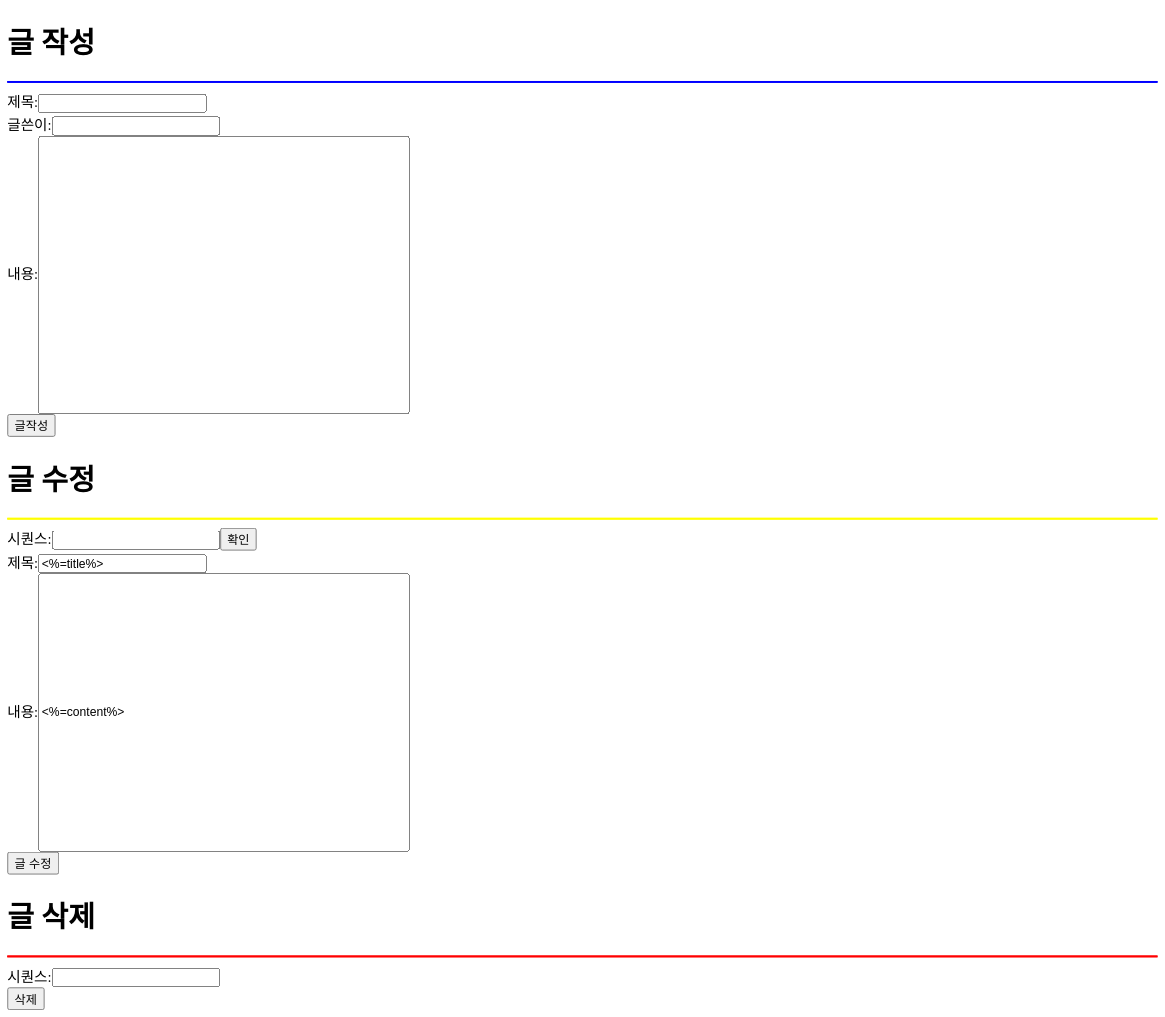
Repository: Yusubin/workEx
Page: test00/src/main/webapp/index.html
The author's editor kept a copy of each file at every save. The page is drawn from the files as they stood at one save, then again after the next save.
The browser window is 1280 px wide. The pictures show the whole page, at 91% of full size.

Above is the page before, as saved 2022-02-15 01:55:19.

After the next save:
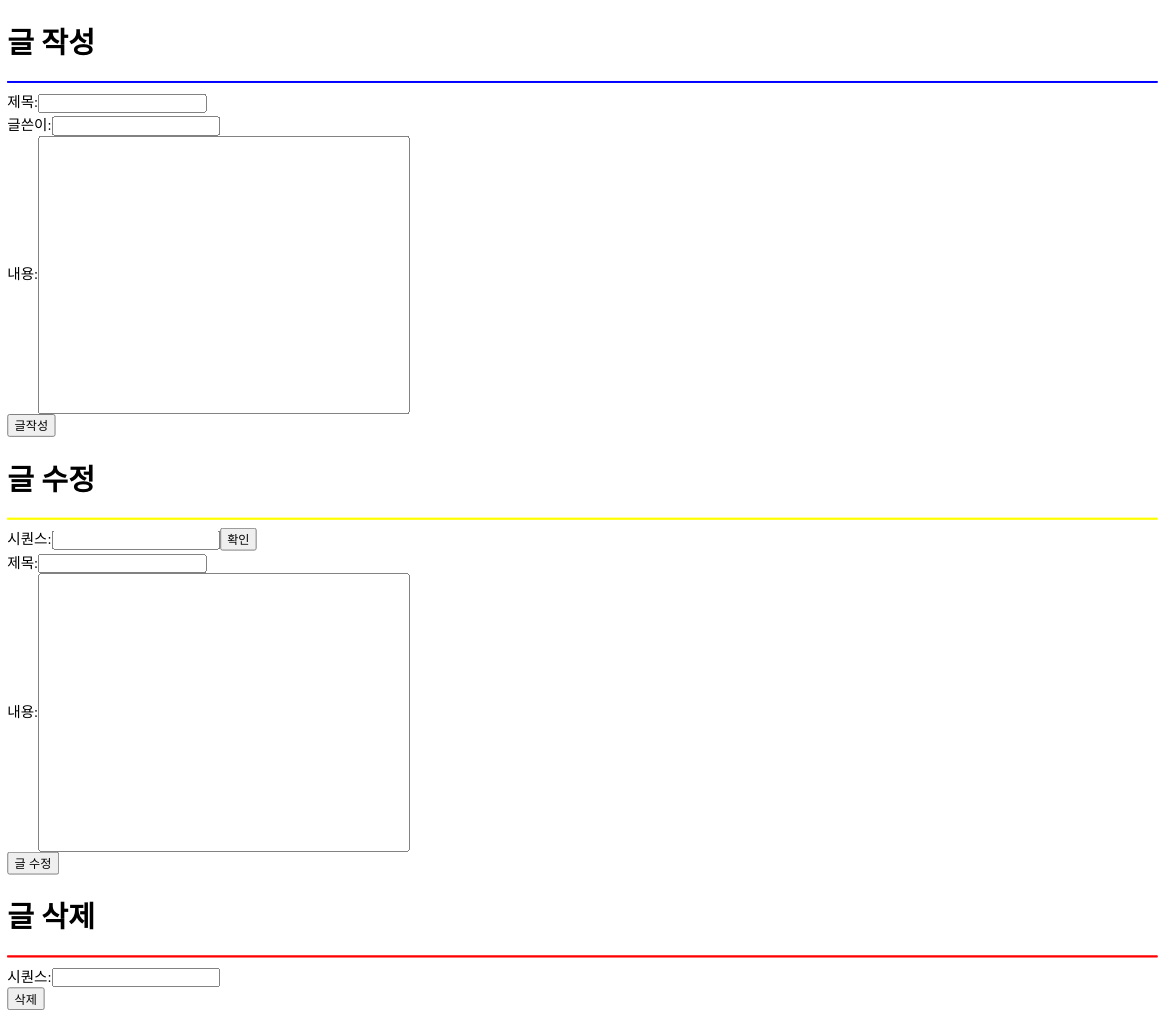
Saved 64 s later.
--- a/test00/src/main/webapp/index.html
+++ b/test00/src/main/webapp/index.html
@@ -20,8 +20,8 @@
 	<hr color="yellow">
 	<form action="update.jsp">
 	시퀀스:<input type="text" name="idx"><button>확인</button><br>
-	제목:<input type="text" name="title" value="<%=title%>"><br>
-	내용:<input type="text" name="content" style="width:400px; height:300px"value="<%=content%>"><br>
+	제목:<input type="text" name="title"><br>
+	내용:<input type="text" name="content" style="width:400px; height:300px"><br>
 	<button>글 수정</button>
 	</form>
 
